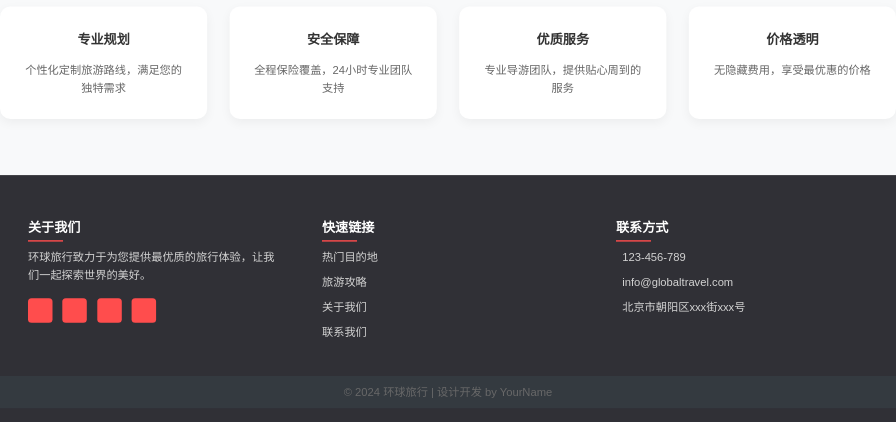
Repository: huang-heavenly-Emperor/travel_1
Page: index.html
An editor plug-in stored every save of this project. The page is shown before and after the next save, followed by the edit.
The browser window is 1280 px wide. The pictures show the part of the page from y = 1543 to 3463 px (the page is 2146 px tall before and 3501 px after), at 70% of full size.

Above is the page before, as saved 2024-11-18 02:43:17.
Console error: TypeError: Cannot read properties of null (reading 'style')

After the next save:
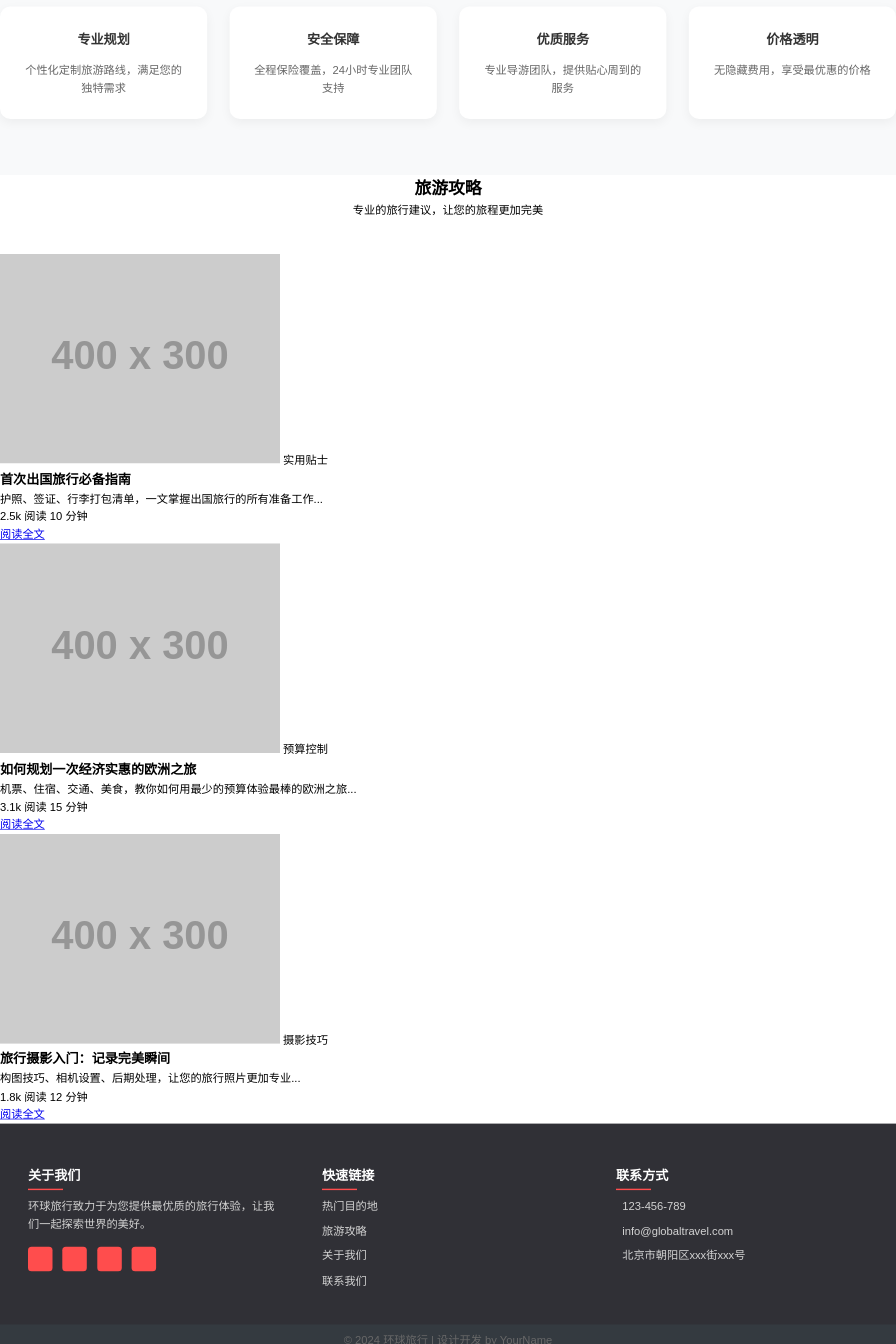
Saved 84 s later.
--- a/index.html
+++ b/index.html
@@ -186,6 +186,69 @@
         </div>
     </section>
 
+    <!-- 旅游攻略板块 -->
+    <section class="travel-guides">
+        <div class="container">
+            <div class="section-header">
+                <h2>旅游攻略</h2>
+                <p>专业的旅行建议，让您的旅程更加完美</p>
+            </div>
+
+            <div class="guides-grid">
+                <!-- 攻略卡片 1 -->
+                <div class="guide-card">
+                    <div class="guide-image">
+                        <img src="https://via.placeholder.com/400x300?text=Travel+Tips" alt="旅行贴士">
+                        <span class="guide-category">实用贴士</span>
+                    </div>
+                    <div class="guide-content">
+                        <h3>首次出国旅行必备指南</h3>
+                        <p>护照、签证、行李打包清单，一文掌握出国旅行的所有准备工作...</p>
+                        <div class="guide-meta">
+                            <span><i class="far fa-eye"></i> 2.5k 阅读</span>
+                            <span><i class="far fa-clock"></i> 10 分钟</span>
+                        </div>
+                        <a href="pages/guides/first-trip.html" class="btn-read">阅读全文</a>
+                    </div>
+                </div>
+
+                <!-- 攻略卡片 2 -->
+                <div class="guide-card">
+                    <div class="guide-image">
+                        <img src="https://via.placeholder.com/400x300?text=Budget+Travel" alt="预算旅行">
+                        <span class="guide-category">预算控制</span>
+                    </div>
+                    <div class="guide-content">
+                        <h3>如何规划一次经济实惠的欧洲之旅</h3>
+                        <p>机票、住宿、交通、美食，教你如何用最少的预算体验最棒的欧洲之旅...</p>
+                        <div class="guide-meta">
+                            <span><i class="far fa-eye"></i> 3.1k 阅读</span>
+                            <span><i class="far fa-clock"></i> 15 分钟</span>
+                        </div>
+                        <a href="pages/guides/budget-europe.html" class="btn-read">阅读全文</a>
+                    </div>
+                </div>
+
+                <!-- 攻略卡片 3 -->
+                <div class="guide-card">
+                    <div class="guide-image">
+                        <img src="https://via.placeholder.com/400x300?text=Photography" alt="旅行摄影">
+                        <span class="guide-category">摄影技巧</span>
+                    </div>
+                    <div class="guide-content">
+                        <h3>旅行摄影入门：记录完美瞬间</h3>
+                        <p>构图技巧、相机设置、后期处理，让您的旅行照片更加专业...</p>
+                        <div class="guide-meta">
+                            <span><i class="far fa-eye"></i> 1.8k 阅读</span>
+                            <span><i class="far fa-clock"></i> 12 分钟</span>
+                        </div>
+                        <a href="pages/guides/photography.html" class="btn-read">阅读全文</a>
+                    </div>
+                </div>
+            </div>
+        </div>
+    </section>
+
     <!-- 页脚部分 -->
     <footer class="footer">
         <div class="footer-content">
